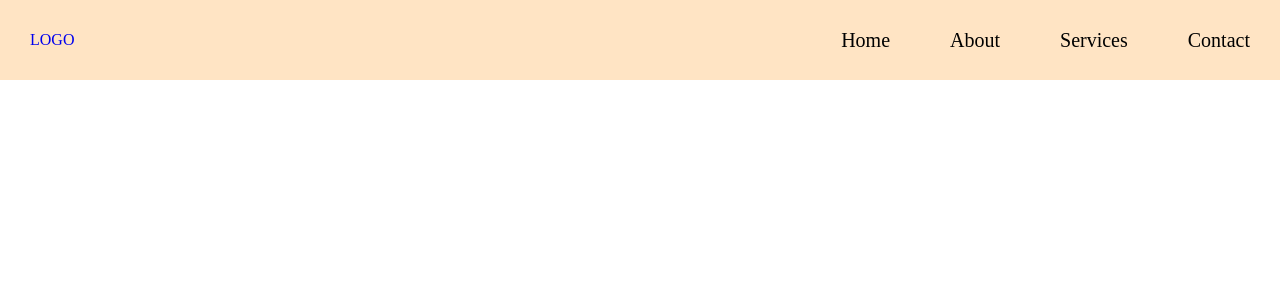
Repository: chanchalsaini/React-WUI
Page: /
An editor plug-in stored every save of this project. The page is shown before and after the next save, followed by the edit.
The browser window is 1280 px wide. The pictures show the whole page.
The project was rebuilt for these pictures with package versions that can differ from the ones it lists, and the page was loaded fresh each time.

Above is the page before, as saved 2020-09-21 21:57:04.

After the next save:
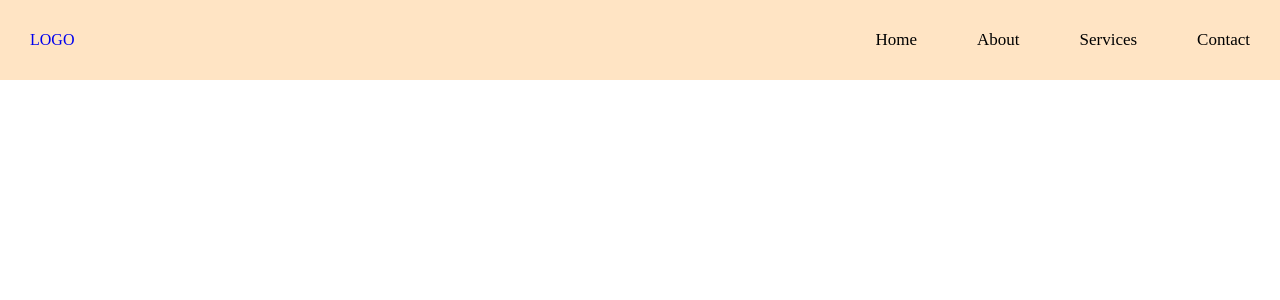
Saved 6 s later.
--- a/src/App.css
+++ b/src/App.css
@@ -23,5 +23,5 @@ header {
   text-decoration: none;
   color: black;
   margin: 0px 30px;
-  font-size: 20px;
+  font-size: 17px;
 }
